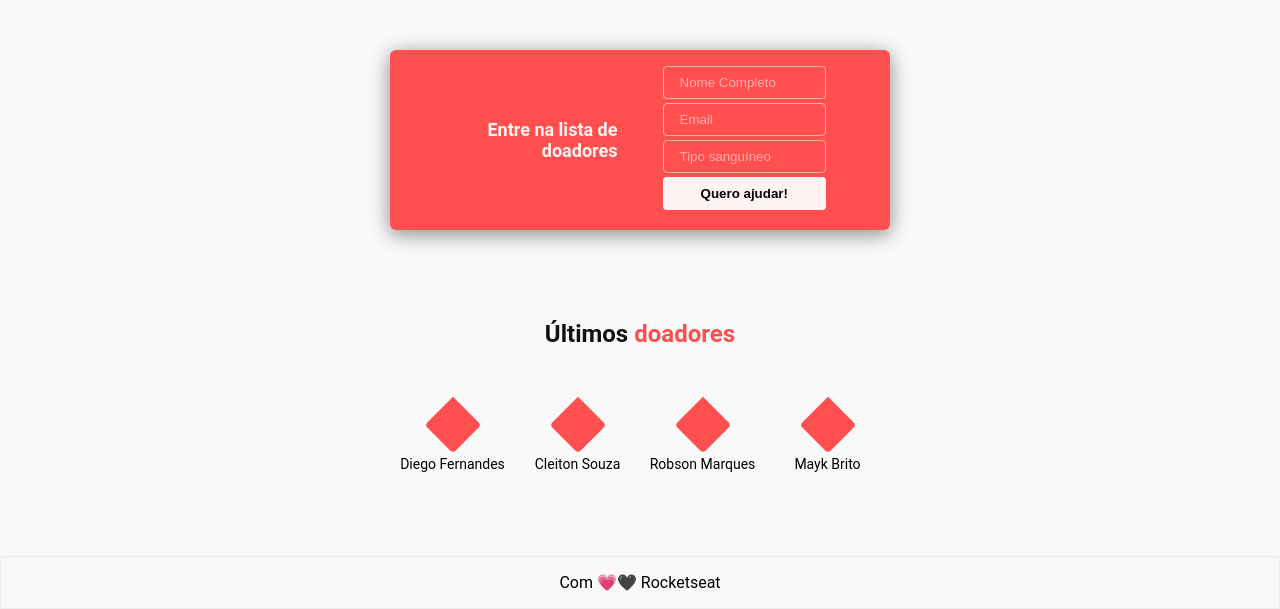
Repository: lucas-silva-dev/Doe
Page: index.html
These files come from the project's save history. The page is drawn as it stood at one moment and after a run of saves; the edit follows.
The browser window is 1280 px wide. The pictures show the part of the page from y = 459 to 1068 px (the page is 1068 px tall).
A picture or video elsewhere on the page could not be fetched, so the positions and the page height are approximate. Some web fonts or font styles are not loaded; a fallback is used.

Above is the page before, as saved 2020-02-18 17:25:09.

### index.html
<!DOCTYPE html>
<!-- HTML
  HYPERTEXT
    Texto que contém links para outros documentos

  MARKUP
    Texto conterá marcações
    <tags>

  LANGUAGE
    Para comunicar de certa maneira. Sintaxe específica
-->
<html>

<head>
  <!-- são as configurações da minha página-->
  <title>Doe sangue! Doe vida!</title>

  <link rel="stylesheet" href="style.css">
  <link href="https://fonts.googleapis.com/css?family=Asap|Asap+Condensed&display=swap" rel="stylesheet">

</head>

<body>
  <!-- Aqui vem todo conteúdo visível para o usuário, dentro de certa página-->
  <header>
    <img class="logo" src="logo.png" alt="Imagem de DOE">
    <h2>A sua doação importa</h2>
    <p>Até 3 vidas com 1 doação</p>
    <p>Mais de 38.00 doações são necessárias todos os dias</p>
    <p>Apenas 1.9% da população brasileira, doa sangue</p>
    <button>Quero ajudar!</button>
  </header>

  <section class="form">
    <h2>Entre na lista de doadores</h2>
    <form action="/">
      <input type="text" name="name" placeholder="Nome Completo">
      <input type="text" name="email" placeholder="Email">
      <input type="text" name="blood" placeholder="Tipo sanguíneo">
      <button type="submit">Quero ajudar!</button>
    </form>
  </section>

  <main>
    <h2>Últimos <span>doadores</span></h2>

    <section class="donors">
      <div class="donor">
        <div class="blood">AB+</div>
        <p>Diego Fernandes</p>
      </div>
      <div class="donor">
        <div class="blood">B+</div>
        <p>Cleiton Souza</p>
      </div>
      <div class="donor">
        <div class="blood">A+</div>
        <p>Robson Marques</p>
      </div>
      <div class="donor">
        <div class="blood">O+</div>
        <p>Mayk Brito</p>
      </div>
    </section>
  </main>

  <footer> Com 💗🖤 Rocketseat</footer>
  <script src="scripts.js"></script>
</body>

</html>

### style.css
/*
  CASCADING STYLESHEET
*/

/* GLOBAL */
* {
  /* corrigindo comportamento padrão css */
  box-sizing: border-box;
}

html,
body {
  margin: 0;
  box-sizing: border-box;
}

body {
  display: flex;
  flex-direction: column;
  height: 100vh;

  font-family: "Roboto", sans-serif;
  background-color: #f9f9f9;
}

h1,
h2 {
  color: #000e;
}

/* TITULOS */
header h1,
main h2 {
  margin-bottom: 70px;
}

main h2 span {
  color: #ff4f4f;
}

.form h2 {
  text-align: right;
  color: #fffe;
  font-size: 18px;
}

/* ESTRUTURA */
header,
main,
footer {
  /* alinhamento de textos */
  text-align: center;
}

header,
.form,
main {
  /* espaçamentos com margin */
  margin: 0 auto 70px;

  /* limites dos elementos */
  width: 90%;
  max-width: 500px;
}

/* HEADER */

header button {
  margin-top: 16px;
  padding: 8px 16px;
  border-radius: 4px;
  border: none;

  background-color: #ff4f4f;
  color: #fff;
  font-weight: bold;
  box-shadow: 0px 4px 20px 0 #0004;
}

header button:hover {
  background-color: #fff;
  color: #ff4f4f;
}

.logo {
  width: 120px;
  margin: 70px 0;
}

header p {
  font-size: 14px;
}

/* FORM */
section.form {
  display: grid;
  grid-template-columns: 1fr 1fr;
  align-items: center;
  gap: 45px;

  background-color: #ff4f4f;
  padding: 16px 64px;
  border-radius: 6px;
  box-shadow: 0px 4px 20px 0 #0007;
}

form input,
form button {
  /* largura */
  width: 100%;

  /* espaçamentos */
  margin-bottom: 4px;

  /* preenchimento */
  padding: 8px 16px;

  /* bordas */
  border-radius: 4px;
  border: 1px #fff8 solid;
}

form input {
  background-color: transparent;
  color: #fff;
}

form input::placeholder {
  color: #fff8;
}

form button {
  font-weight: bold;
  background-color: #fffe;
}

/* MAIN */
main .donors {
  display: grid;
  grid-template-columns: 1fr 1fr 1fr 1fr;
}

.blood {
  color: #ff4f4f;
  font-weight: bold;
  font-size: 12px;
  display: flex;
  align-items: center;
  justify-content: center;

  position: relative;
}

.blood::before {
  content: "";
  /* background-color: #ff4f4f11; */
  background-color: #ff4f4f;
  width: 40px;
  height: 40px;

  position: absolute;
  /*gotinha*/
  border-radius: 10%;
  border-top-right-radius: 0;
  transform: rotate(-45deg);
}

.donor p {
  margin-top: 24px;
  font-size: 14px;
}

/* footer*/
footer {
  margin-top: auto;
  padding: 16px;

  border: 1px solid #eee;
}

/* funcionalidades com javascript */

section.form {
  transition: all 400ms;
}

section.form.hide {
  opacity: 0;
  visibility: hidden;
  height: 0;
  margin-top: -70px;
}

### scripts.js
document.querySelector("header button").addEventListener("click", function() {
  document.querySelector(".form").classList.toggle("hide");
});

After the next 2 saves:
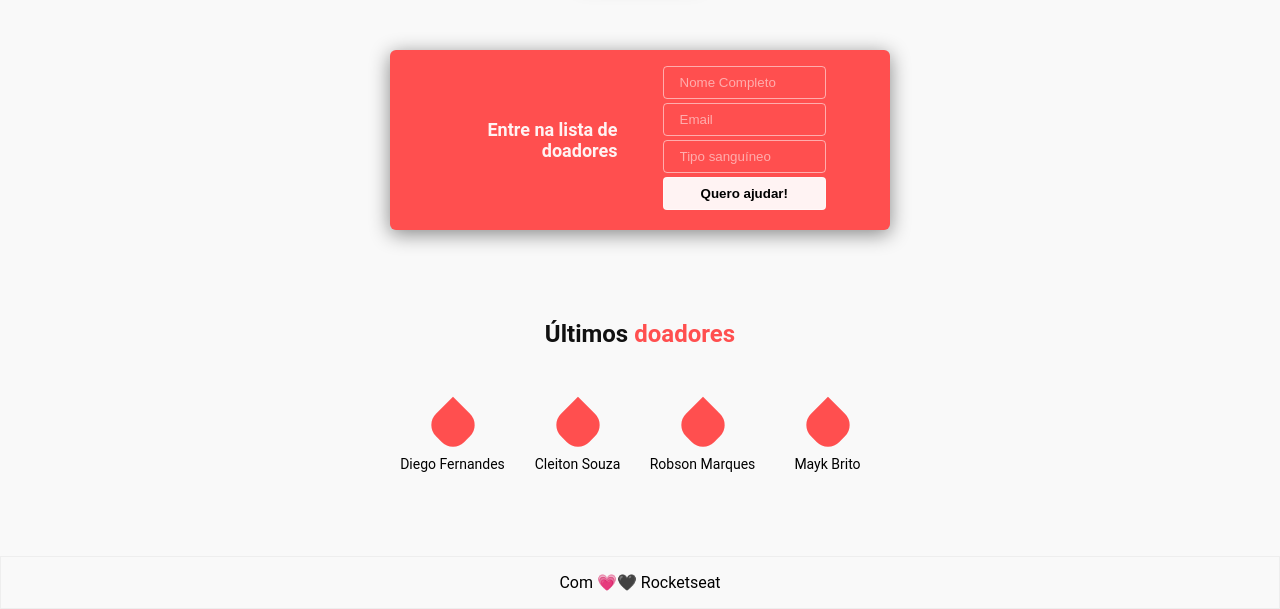
The 2 saves are shown as one change because they came seconds apart.
The last was saved 8 s later.
--- a/style.css
+++ b/style.css
@@ -160,7 +160,7 @@ main .donors {
 
   position: absolute;
   /*gotinha*/
-  border-radius: 10%;
+  border-radius: 40%;
   border-top-right-radius: 0;
   transform: rotate(-45deg);
 }
